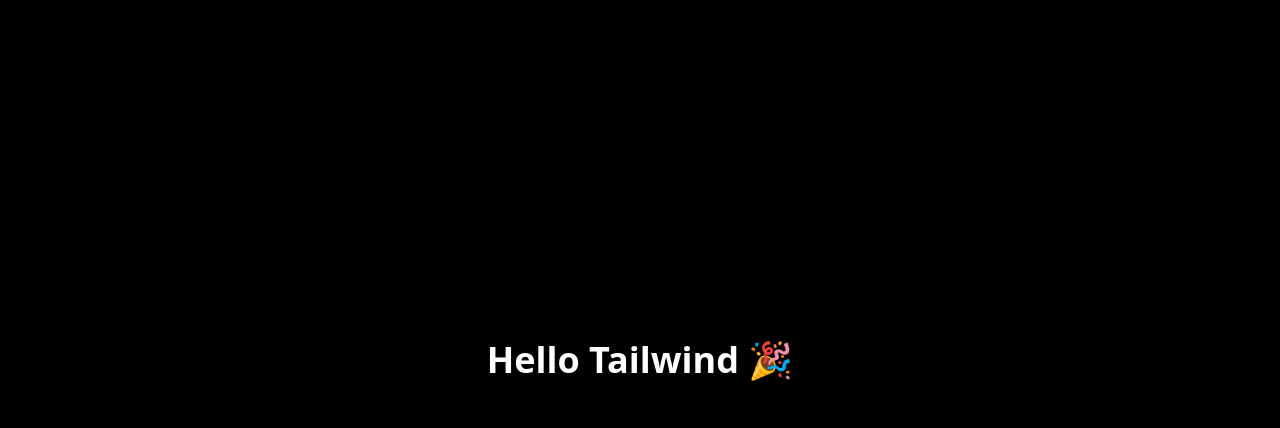
Repository: namandubey-0209/Todo
Page: / (app in frontend/)
The author's editor kept a copy of each file at every save. The page is drawn from the files as they stood at one save, then again after the next save.
The browser window is 1280 px wide. The pictures show the whole page.
The page's requests for data from a server got no answer. The project was rebuilt for these pictures with package versions that can differ from the ones it lists, and the page was loaded fresh each time. No one was signed in, and anything a server would have sent is missing. Also part of the build but not shown: frontend/vite.config.js, frontend/src/api/axios.js, frontend/src/api/auth.js, frontend/src/context/AuthContext.jsx, frontend/src/api/todos.js, frontend/src/hooks/useTodos.js, frontend/src/components/todos/TodoForm.jsx, frontend/src/components/todos/TodoItem.jsx and 8 more.

Above is the page before, as saved 2025-04-07 01:38:20.

After the next save:
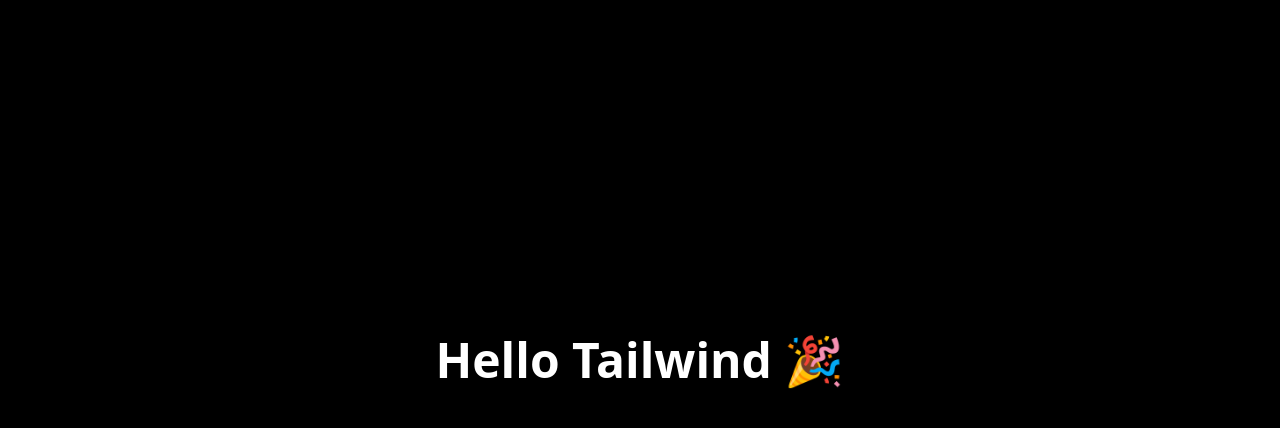
Saved 28 s later.
--- a/frontend/src/App.jsx
+++ b/frontend/src/App.jsx
@@ -7,8 +7,8 @@
 
 export default function App() {
   return (
-  <div className="min-h-screen bg-black text-white flex items-center justify-center">
-    <h1 className="text-4xl font-bold">Hello Tailwind 🎉</h1>
+    <div className="flex items-center justify-center min-h-screen bg-black">
+    <h1 className="text-white text-5xl font-bold text-center">Hello Tailwind 🎉</h1>
   </div>
     // <AuthProvider>
     //   <BrowserRouter>
